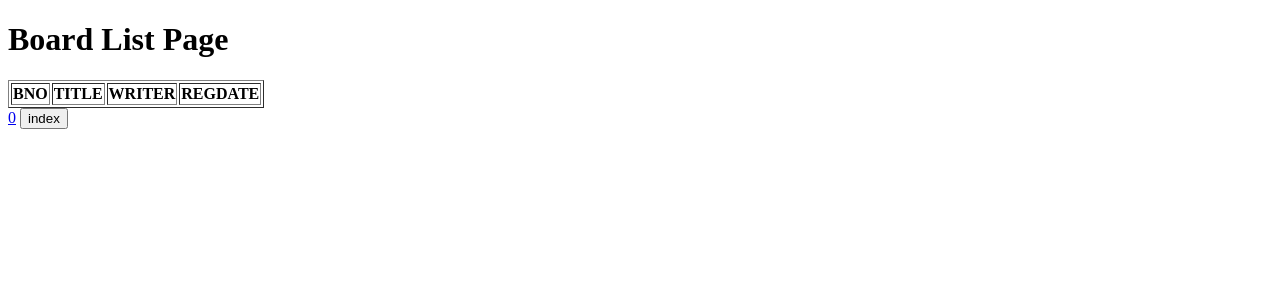
Repository: dfhdfhdfsza/myjsp
Page: http://localhost/_myjsp/brd/list
The author's editor kept a copy of each file at every save. The page is drawn from the files as they stood at one save, then again after the next save.
The browser window is 1280 px wide. The pictures show the whole page.
The page is served by Tomcat 9. Other server files are loaded and not shown. Queries for data that is not in the repository find no rows.

Above is the page before, as saved 2023-09-22 09:09:41.

### _myjsp/src/main/webapp/board/list.jsp
<%@ page language="java" contentType="text/html; charset=UTF-8"
    pageEncoding="UTF-8"%>
 <%@ taglib prefix="c" uri="http://java.sun.com/jsp/jstl/core" %>
<!DOCTYPE html>
<html>
<head>
<meta charset="UTF-8">
<title>Insert title here</title>
</head>
<body>
	<h1>Board List Page</h1>

	<div>
		<form action="/brd/pageList" method="get">
			<c:set value="${ph.pgvo.type}" var="typed"></c:set>

		</form>
	</div>

	<table border="1">
		<tr>
			<th>BNO</th>
			<th>TITLE</th>
			<th>WRITER</th>
			<th>REGDATE</th>
		</tr>
		<c:forEach items="${list}" var="bvo">
			<tr>
				<td><a href="/brd/detail?bno=${bvo.bno}">${bvo.bno}</a></td>
				<td>${bvo.title}</td>
				<td>${bvo.writer}</td>
				<td>${bvo.regdate}</td>
			</tr>
		</c:forEach>
	</table>
	<!-- 페이지네이션 부분 -->
	<c:if test="${ph.prev}">
		<a href="/brd/pageList?pageNo=${ph.startPage-1}&qty=${ph.pgvo.qty}"> ◁ |</a>
	</c:if>
	<c:forEach begin="${ph.startPage}" end="${ph.endPage}" var="i">
		<a href="/brd/pageList?pageNo=${i}&qty=${ph.pgvo.qty}">${i}</a>
	</c:forEach>
	<c:if test="${ph.next}">
		<a href="/brd/pageList?pageNo=${ph.endPage+1}&qty=${ph.pgvo.qty}"> | ▷</a>
	</c:if>
	<a href="/index.jsp"><button type="button">index</button></a>
</body>
</html>

### _myjsp/src/main/java/controller/boardController.java
package controller;

import java.io.IOException;
import java.util.List;

import javax.servlet.RequestDispatcher;
import javax.servlet.ServletException;
import javax.servlet.annotation.WebServlet;
import javax.servlet.http.HttpServlet;
import javax.servlet.http.HttpServletRequest;
import javax.servlet.http.HttpServletResponse;

import org.slf4j.Logger;
import org.slf4j.LoggerFactory;

import domain.boardVO;
import domain.pagingVO;
import handler.PagingHandler;
import service.boardService;
import service.boardServiceImpl;


@WebServlet("/brd/*")
public class boardController extends HttpServlet {
	private static final long serialVersionUID = 1L;
	//로그기록 객체 생성
	private static final Logger log=LoggerFactory.getLogger(boardController.class);

	private RequestDispatcher rdp; //jsp에서 받은 요청을 처리,결과를 다른 jsp로 보내는 역할을 하는 객체
	private String destPage; //목적지 주소 기록 변수
	private int isOk; //DB의 구문 체크 값 저장

    private boardService bsv;

    public boardController()
    {
       bsv= new boardServiceImpl();

    }


	protected void service(HttpServletRequest request, HttpServletResponse response) throws ServletException, IOException
	{
		request.setCharacterEncoding("utf-8");
		response.setCharacterEncoding("utf-8");
		response.setContentType("text/html; charset=UTF-8");

		String uri=request.getRequestURI();
		log.info(uri);
		String path=uri.substring(uri.lastIndexOf("/")+1);
		log.info(path);
		switch (path)
		{
		case "register":
			destPage="/board/register.jsp";
			break;
		case "insert":
			try {
				log.info("edit check 1");
				String title=request.getParameter("title");
				String writer=request.getParameter("writer");
				String content=request.getParameter("content");
				boardVO bvo=new boardVO(title, writer, content);
				log.info("bvo>>"+bvo);
				isOk=bsv.insert(bvo);
				log.info((isOk>0)? "OK":"FAIL");
				destPage="/index.jsp";
			} catch (Exception e) {
				e.printStackTrace();
			}
			break;
		case "list":
			try {
				log.info("list check 1");
				List<boardVO>list=bsv.list();
				request.setAttribute("list",list);
				destPage="/board/list.jsp";
			} catch (Exception e) {
				e.printStackTrace();
			}
			break;
		case "detail":
			try {
				log.info("detail check 1");
				int bno=Integer.parseInt(request.getParameter("bno"));
				boardVO bvo=bsv.detail(bno);
				request.setAttribute("bvo", bvo);
				destPage="/board/detail.jsp";
			} catch (Exception e) {
				e.printStackTrace();
			}
			break;

		case "modify":
				try {
					int bno=Integer.parseInt(request.getParameter("bno"));
					boardVO bvo=bsv.detail(bno);
					request.setAttribute("bvo",bvo);
					destPage="/board/modify.jsp";
				} catch (Exception e) {
					e.printStackTrace();
				}
			break;
		case "edit":
			try {
				log.info("edit check 1");
				int bno=Integer.parseInt(request.getParameter("bno"));
				String title=request.getParameter("title");
				String content=request.getParameter("content");
				boardVO bvo=new boardVO(bno, title, content);
				isOk=bsv.edit(bvo);
				log.info((isOk>0)? "OK":"FAIL");
				destPage="/brd/list";

			} catch (Exception e) {
				e.printStackTrace();
			}
			break;
		case "remove":
			try {
				log.info("remove check 1");
				int bno=Integer.parseInt(request.getParameter("bno"));
				isOk=bsv.remove(bno);
				destPage="/brd/list";
			} catch (Exception e) {
				e.printStackTrace();
			}
			break;
		case "pageList":
			try {
				pagingVO pgvo=new pagingVO();
				if(request.getParameter("pageNo")!=null)
				{
					int pageNo=Integer.parseInt(request.getParameter("pageNo"));
					int qty=Integer.parseInt(request.getParameter("qty"));
					pgvo=new pagingVO(pageNo, qty);
				}
				// total count 구해오기
				int totalcount=bsv.totalcount();
				log.info("totalcount>>"+totalcount);
				//list 가져오기
				List<boardVO>list=bsv.getPageList(pgvo);
				request.setAttribute("list",list);
				log.info("list>>"+list);
				//setattribute
				PagingHandler ph= new PagingHandler(pgvo, totalcount);
				request.setAttribute("ph",ph);
				destPage="/board/list.jsp";
			} catch (Exception e) {
				e.printStackTrace();
			}

			break;
		}//switch end

		rdp=request.getRequestDispatcher(destPage);
		rdp.forward(request, response);

	}//service end


	protected void doGet(HttpServletRequest request, HttpServletResponse response) throws ServletException, IOException
	{
		service(request, response);
	}


	protected void doPost(HttpServletRequest request, HttpServletResponse response) throws ServletException, IOException
	{
		service(request, response);
	}

}

### _myjsp/src/main/java/service/boardServiceImpl.java
package service;

import java.util.List;

import org.slf4j.Logger;
import org.slf4j.LoggerFactory;

import dao.boardDAO;
import dao.boardDAOImpl;
import domain.boardVO;
import domain.pagingVO;

public class boardServiceImpl implements boardService
{
	private static final Logger log=LoggerFactory.getLogger(boardServiceImpl.class);

	private boardDAO bdao;
	public boardServiceImpl()
	{
		bdao=new boardDAOImpl();
	}

	@Override
	public int insert(boardVO bvo) {
		log.info("edit check 2");
		return bdao.insert(bvo);
	}

	@Override
	public List<boardVO> list() {
		log.info("list check 2");
		return bdao.list();
	}

	@Override
	public boardVO detail(int bno) {
		log.info("detail check 2");
		return bdao.detail(bno);
	}

	@Override
	public int edit(boardVO bvo) {
		log.info("edit check 2");
		return bdao.edit(bvo);
	}

	@Override
	public int remove(int bno) {
		log.info("remove check 2");
		return bdao.remove(bno);
	}

	@Override
	public int totalcount() {
		log.info("totalcount check 2");
		return bdao.totalcount();
	}

	@Override
	public List<boardVO> getPageList(pagingVO pgvo) {
		log.info("getPageList check 2");
		return bdao.getPageList(pgvo);
	}



}

### _myjsp/src/main/java/dao/boardDAO.java
package dao;

import java.util.List;

import domain.boardVO;
import domain.pagingVO;

public interface boardDAO {

	int insert(boardVO bvo);

	List<boardVO> list();

	boardVO detail(int bno);

	int edit(boardVO bvo);

	int remove(int bno);

	int totalcount();

	List<boardVO> getPageList(pagingVO pgvo);

}

### _myjsp/src/main/java/dao/boardDAOImpl.java
package dao;

import java.util.List;

import org.apache.ibatis.session.SqlSession;
import org.slf4j.Logger;
import org.slf4j.LoggerFactory;

import domain.boardVO;
import domain.pagingVO;
import orm.DatabaseBuilder;

public class boardDAOImpl implements boardDAO
{
	private static final Logger log=LoggerFactory.getLogger(boardDAOImpl.class);
	SqlSession sql;
	int isOk;

	private final String NS="BoardMapper.";

	public boardDAOImpl()
	{
		new DatabaseBuilder();
		sql=DatabaseBuilder.getFactory().openSession();
	}

	@Override
	public int insert(boardVO bvo) {
		log.info("edit check 3");

		isOk=sql.insert(NS+"insert",bvo);

		if(isOk>0)
			sql.commit();

		return isOk;
	}

	@Override
	public List<boardVO> list() {
		log.info("list check 3");
		return sql.selectList(NS+"list");
	}

	@Override
	public boardVO detail(int bno) {
		log.info("detail check 3");
		return sql.selectOne(NS+"detail",bno);
	}

	@Override
	public int edit(boardVO bvo) {
		log.info("edit check 3");
		isOk=sql.update(NS+"edit",bvo);
		if(isOk>0)
			sql.commit();
		return isOk;
	}

	@Override
	public int remove(int bno) {
		log.info("remove check 3");
		isOk=sql.delete(NS+"remove",bno);
		if(isOk>0)
			sql.commit();
		return isOk;
	}

	@Override
	public int totalcount() {
		log.info("totalcount check 3");
		return sql.selectOne(NS+"totalcount");
	}

	@Override
	public List<boardVO> getPageList(pagingVO pgvo) {
		log.info("getPageList check 3");
		return sql.selectList(NS+"pagelist",pgvo);
	}


}

### _myjsp/src/main/java/orm/DatabaseBuilder.java
package orm;

import org.apache.ibatis.io.Resources;
import org.apache.ibatis.session.SqlSessionFactory;
import org.apache.ibatis.session.SqlSessionFactoryBuilder;

public class DatabaseBuilder
{

	private static SqlSessionFactory factory;
	private static final String config="orm/mybatisConfig.xml";

	//초기화 블럭을 사용하여 객체 생성 후 초기화
	static
	{
		try {
			factory=new SqlSessionFactoryBuilder().build(Resources.getResourceAsReader(config));
		} catch (Exception e) {
				e.printStackTrace();
		}
	}

	public static SqlSessionFactory getFactory()
	{
		return factory;
	}
}

### _myjsp/src/main/java/domain/boardVO.java
package domain;

public class boardVO
{
	private int bno;
	private String title;
	private String writer;
	private String regdate;
	private String content;
	private String category;
	private String moddate;

	public boardVO() {}


	//insert
	public boardVO(String title, String writer, String content)
	{
		super();
		this.title = title;
		this.writer = writer;
		this.content = content;
	}


	//detail
	public boardVO(int bno, String title, String writer, String regdate, String content, String moddate) {
		super();
		this.bno = bno;
		this.title = title;
		this.writer = writer;
		this.regdate = regdate;
		this.content = content;
		this.moddate = moddate;
	}

	//edit
	public boardVO(int bno, String title, String content) {
		super();
		this.bno = bno;
		this.title = title;
		this.content = content;
	}


	//---------------------getter/setter------------------------------

	public int getBno() {
		return bno;
	}

	public void setBno(int bno) {
		this.bno = bno;
	}
	public String getTitle() {
		return title;
	}
	public void setTitle(String title) {
		this.title = title;
	}
	public String getWriter() {
		return writer;
	}
	public void setWriter(String writer) {
		this.writer = writer;
	}
	public String getRegdate() {
		return regdate;
	}
	public void setRegdate(String regdate) {
		this.regdate = regdate;
	}
	public String getContent() {
		return content;
	}
	public void setContent(String content) {
		this.content = content;
	}
	public String getCategory() {
		return category;
	}
	public void setCategory(String category) {
		this.category = category;
	}


	public String getModdate() {
		return moddate;
	}


	public void setModdate(String moddate) {
		this.moddate = moddate;
	}


	@Override
	public String toString() {
		return "boardVO [bno=" + bno + ", title=" + title + ", writer=" + writer + ", regdate=" + regdate + ", content="
				+ content + ", category=" + category + "]";
	}


}

### _myjsp/src/main/java/domain/memberVO.java
package domain;

public class memberVO
{
	private String id;
	private String pw;
	private String regdate;
	private String last_login;


	public memberVO() {}

	//join
	public memberVO(String id, String pw) {
		super();
		this.id = id;
		this.pw = pw;
	}
	//---------------------------getter/setter----------------------------------


	public String getId() {
		return id;
	}


	public void setId(String id) {
		this.id = id;
	}


	public String getPw() {
		return pw;
	}


	public void setPw(String pw) {
		this.pw = pw;
	}


	public String getRegdate() {
		return regdate;
	}


	public void setRegdate(String regdate) {
		this.regdate = regdate;
	}


	public String getLast_login() {
		return last_login;
	}


	public void setLast_login(String last_login) {
		this.last_login = last_login;
	}


}

### _myjsp/src/main/java/domain/pagingVO.java
package domain;

public class pagingVO
{
	private int pageNo;
	private int qty;

	private String type;
	private String keyword;

	public String[] getTypeToArray()
	{
		return this.type==null? new String[] {} : this.type.split("");
	}

	public pagingVO()
	{
		this.pageNo=1;
		this.qty=10;
	}

	public pagingVO(int pageNo,int qty)
	{
		this.pageNo=pageNo;
		this.qty=qty;
	}
	public int getPageStart()
	{
			return (pageNo-1)*qty;
	}
	//---------------------------------getter/setter------------------------------

	public int getPageNo() {
		return pageNo;
	}

	public void setPageNo(int pageNo) {
		this.pageNo = pageNo;
	}

	public int getQty() {
		return qty;
	}

	public void setQty(int qty) {
		this.qty = qty;
	}


}

After the next save:
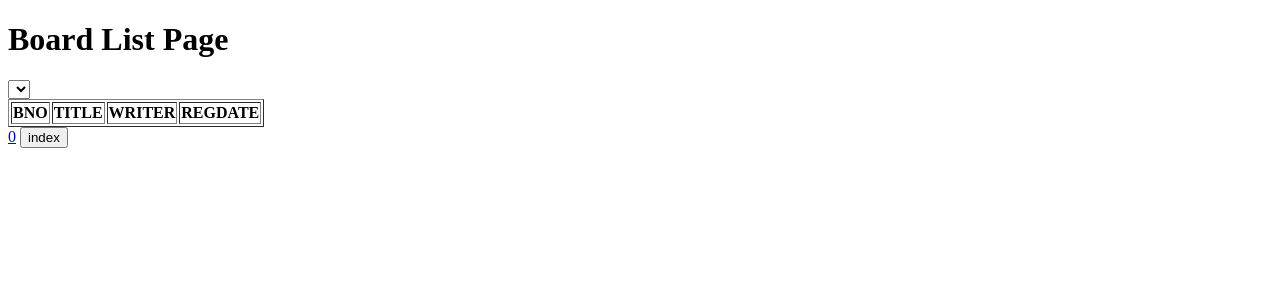
Saved 68 min 20 s later.
--- a/_myjsp/src/main/webapp/board/list.jsp
+++ b/_myjsp/src/main/webapp/board/list.jsp
@@ -13,7 +13,9 @@
 	<div>
 		<form action="/brd/pageList" method="get">
 			<c:set value="${ph.pgvo.type}" var="typed"></c:set>
+			<select name="type">
 
+			</select>
 		</form>
 	</div>
 
